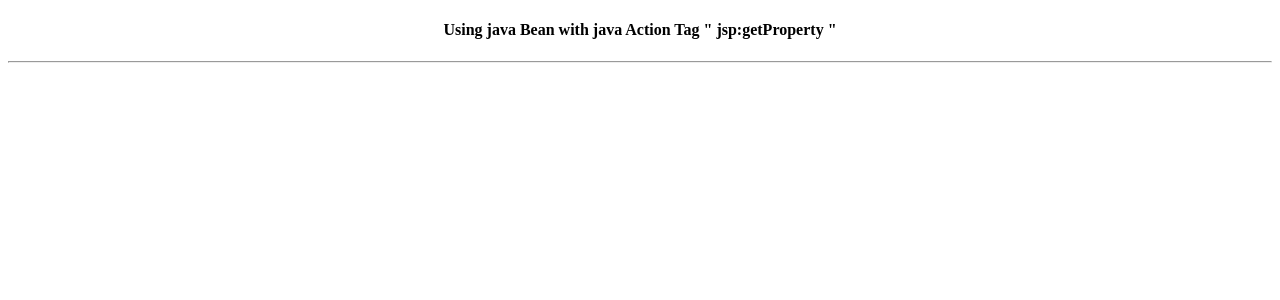
Repository: imrangthub/BlogUsingCoreJava
Page: http://localhost/StartingJsp_00/usingBeanWithActionTag.jsp
The author's editor kept a copy of each file at every save. The page is drawn from the files as they stood at one save, then again after a run of saves.
The browser window is 1280 px wide. The pictures show the whole page.
The page is served by Tomcat 9.

Above is the page before, as saved 2016-12-24 04:02:27.

After the next 2 saves:
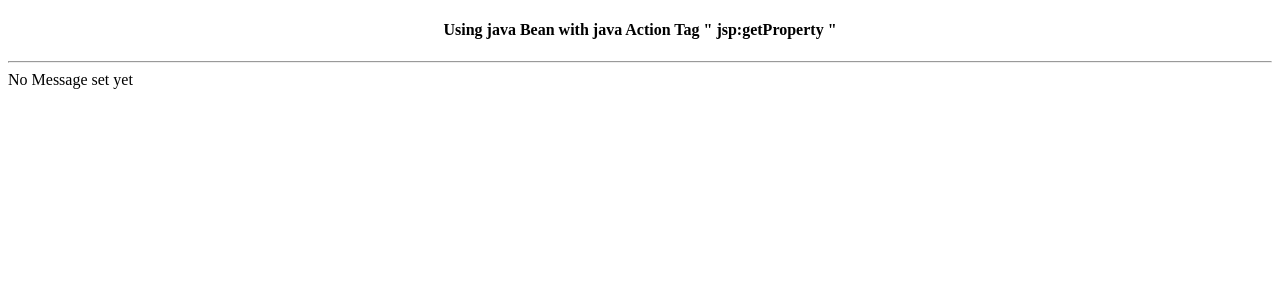
The 2 saves are shown as one change because 1 did not build or start.
The last was saved 13 min 49 s later.
--- a/StartingJsp_00/WebContent/usingBeanWithActionTag.jsp
+++ b/StartingJsp_00/WebContent/usingBeanWithActionTag.jsp
@@ -11,7 +11,7 @@
 <hr>
 
 <jsp:useBean id="messageObj" class="usebean.MessageBean" scope="request"></jsp:useBean> <!-- Creating Object -->
-
+ <jsp:getProperty property="message" name="messageObj"></jsp:getProperty>
 
 </body>
 </html>
